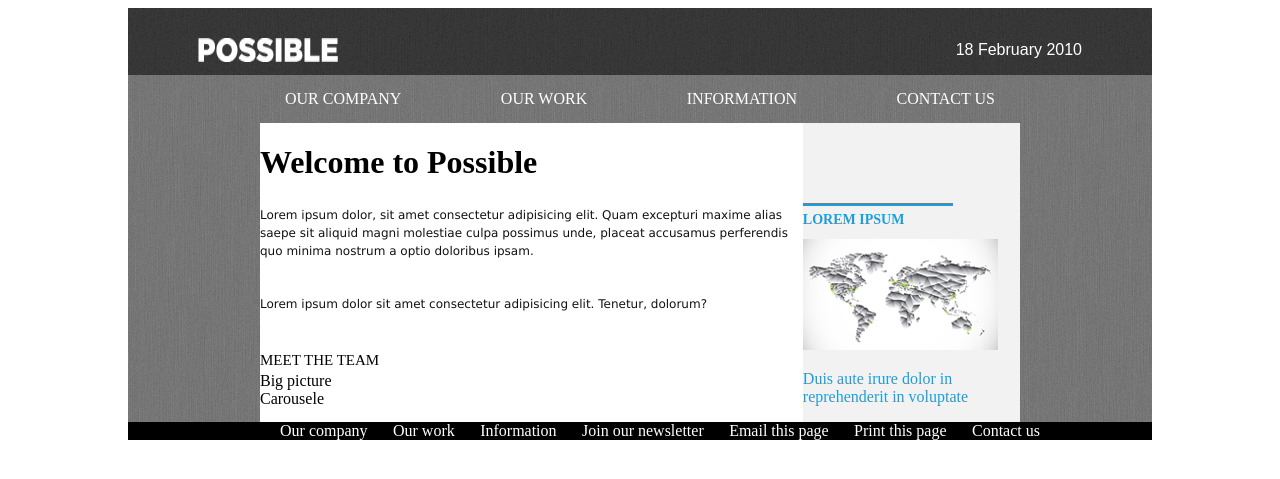
Repository: grzegorzgebala/possible-site
Page: index.html
The author's editor kept a copy of each file at every save. The page is drawn from the files as they stood at one save, then again after the next save.
The browser window is 1280 px wide. The pictures show the whole page.
The style sheet was rebuilt from its Sass, Less or Tailwind sources for each picture, by a compiler version that may differ from the author's.

Above is the page before, as saved 2020-02-15 22:31:49.

After the next save:
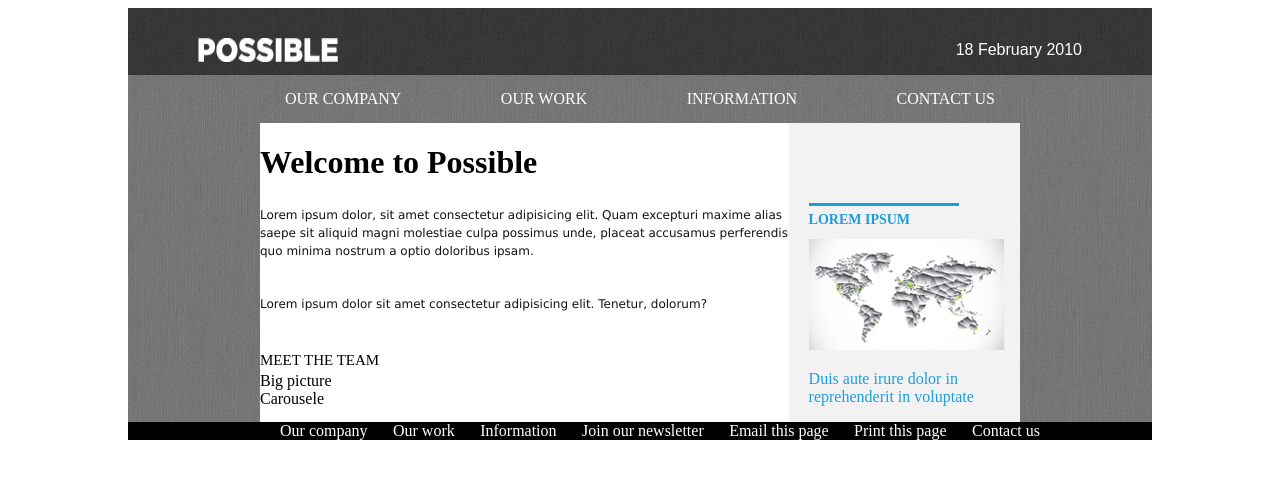
Saved 102 s later.
--- a/sass/style.scss
+++ b/sass/style.scss
@@ -94,6 +94,7 @@ header {
     .rightSide {
         background-color: $rightSideBackgroundColor;
         width: 40%;
+        padding-left: 20px;
 
         .rightTitle {
             text-transform: uppercase;
